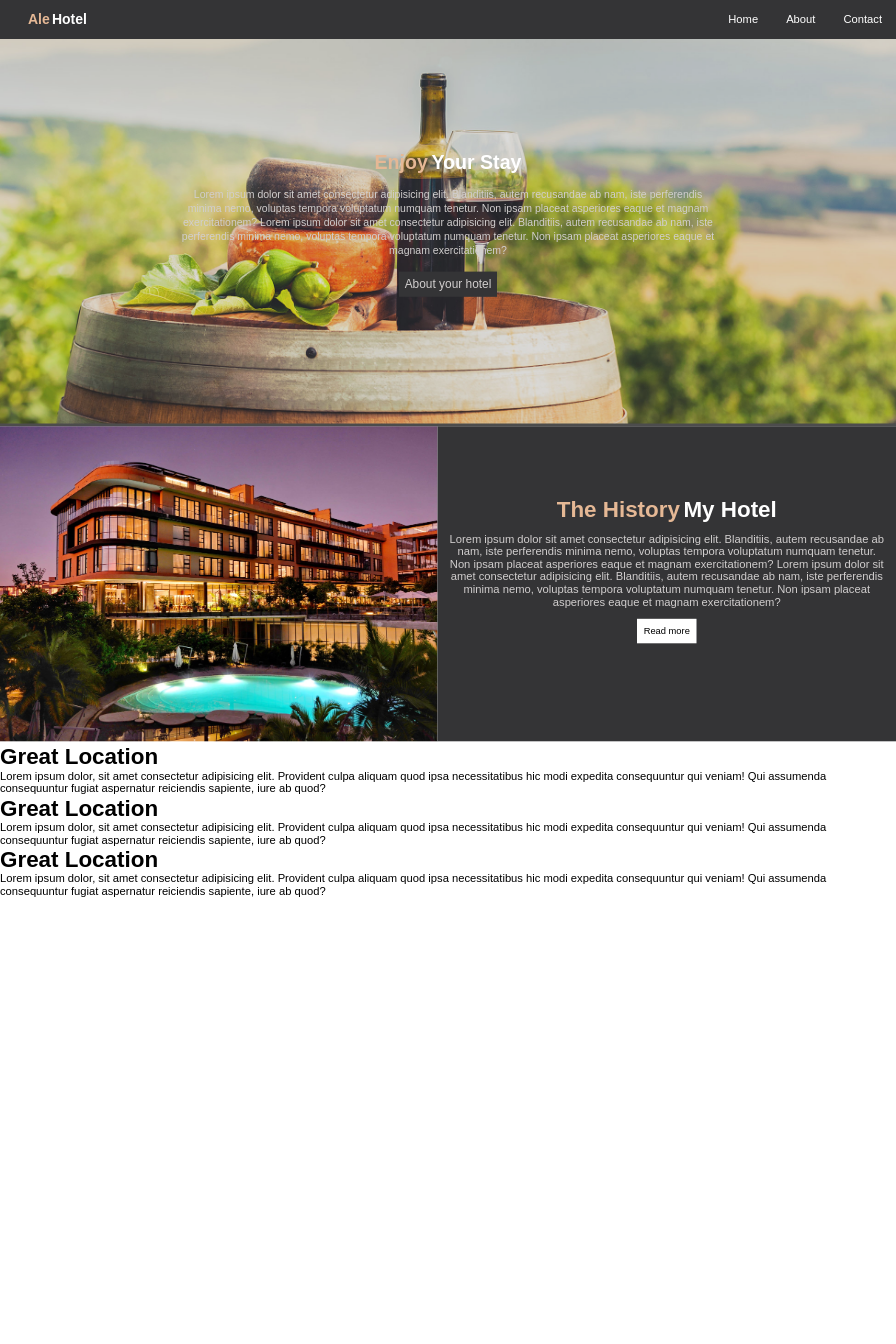
Repository: Ngoc28/HTML-CSS
Page: aleHoltel/index.html
An editor plug-in stored every save of this project. The page is shown before and after the next save, followed by the edit.
The browser window is 1280 px wide. The pictures show the part of the page from y = 0 to 1920 px (the page is 5055 px tall), at 70% of full size.

Above is the page before, as saved 2023-08-06 08:43:48.

After the next save:
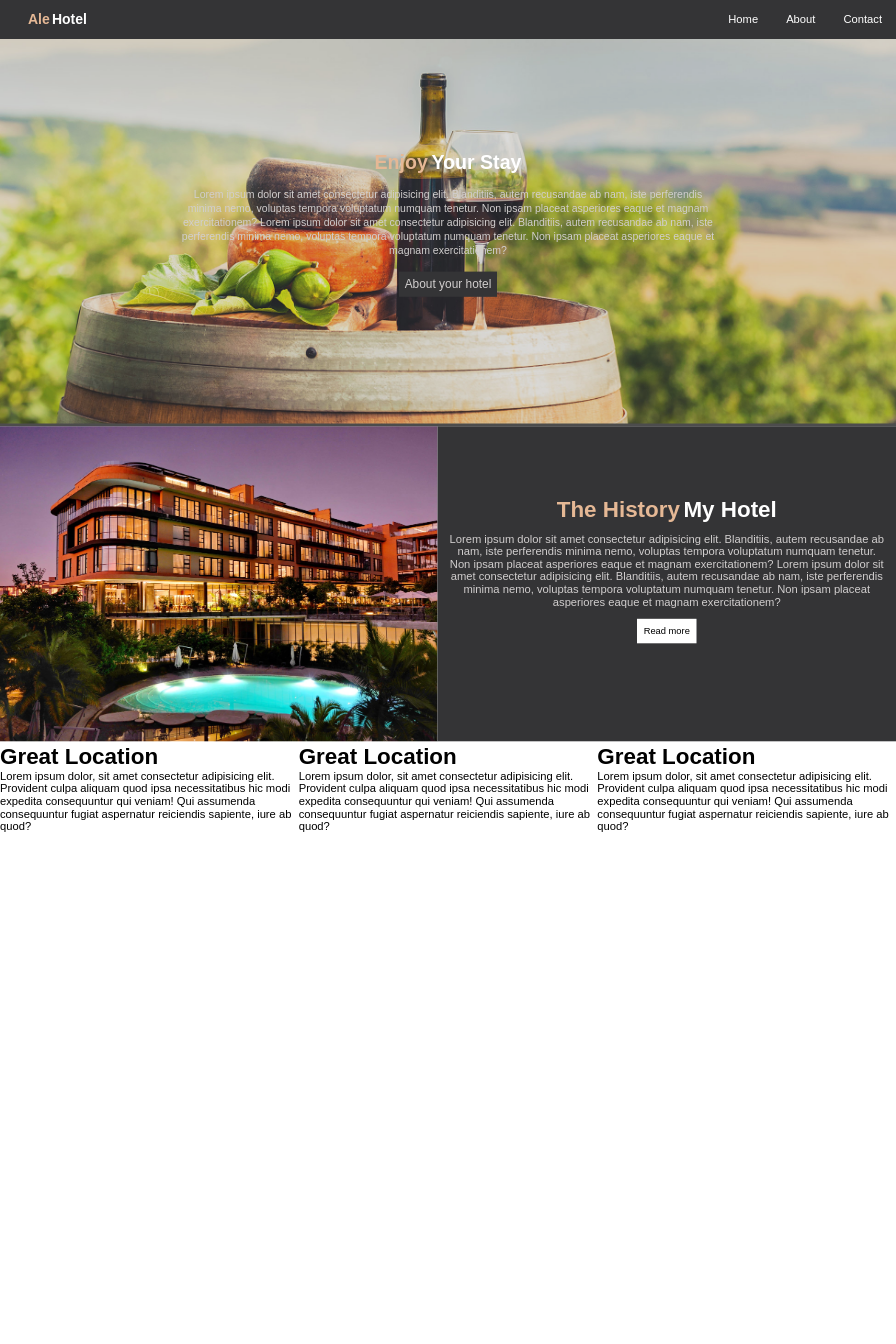
Saved 32 s later.
--- a/aleHoltel/style.css
+++ b/aleHoltel/style.css
@@ -193,3 +193,12 @@ main {
     background-color: var(--hover-color);
     color: var(--white-color);
 }
+
+/* Location */
+.location {
+    display: flex;
+}
+
+.location-item {
+    flex: 1;
+}
